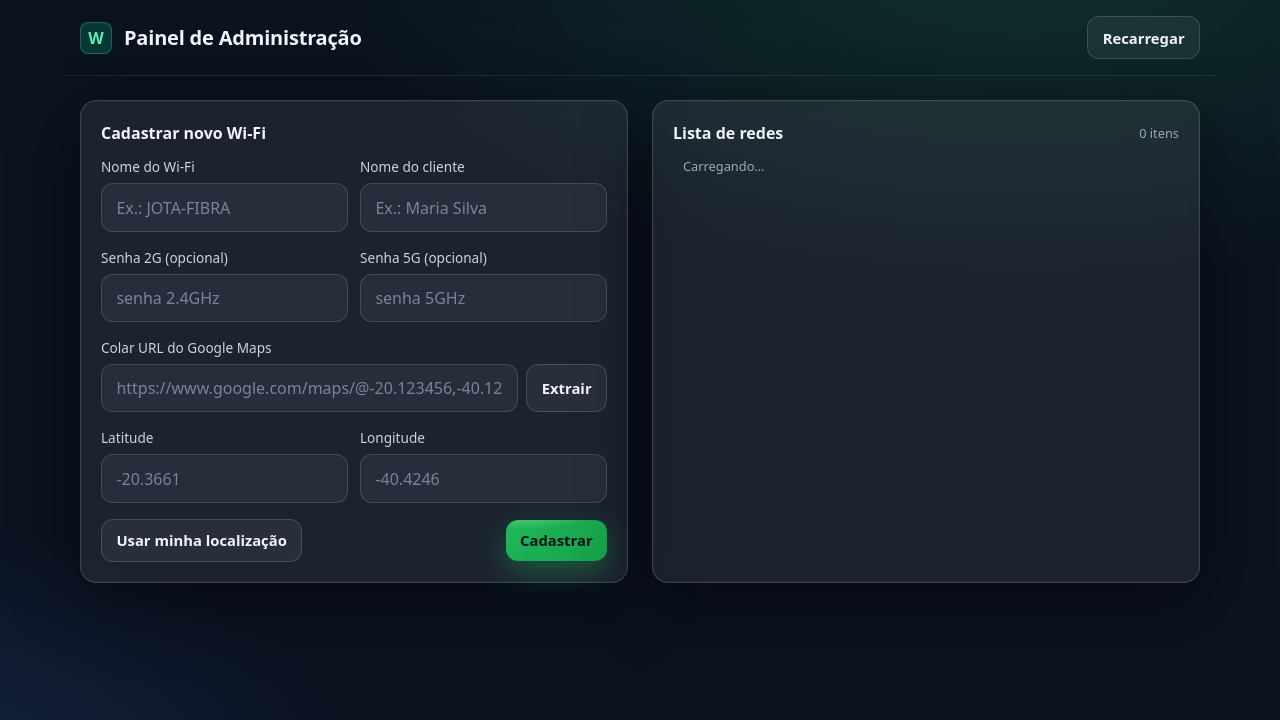
Repository: GRUPOMAX/redes.wifi
Page: /admin
The author's editor kept a copy of each file at every save. The page is drawn from the files as they stood at one save, then again after the next save.
The browser window is 1280 px wide. The pictures show the whole page.
The page's requests for data from a server got no answer. The project was rebuilt for these pictures with package versions that can differ from the ones it lists, and the page was loaded fresh each time. No one was signed in, and anything a server would have sent is missing. Also part of the build but not shown: vite.config.ts, src/components/MapView.tsx, src/components/FloatingCard.tsx, src/store/useGeo.ts, src/App.tsx, src/components/WifiList.tsx, src/components/MapModal.tsx.

Above is the page before, as saved 2025-10-21 22:11:47.

### index.html
<!doctype html>
<html lang="en">
  <head>
    <meta charset="UTF-8" />
    <link rel="icon" type="image/svg+xml" href="/vite.svg" />
    <meta name="viewport" content="width=device-width, initial-scale=1.0" />
    <title>wifi-map</title>
  </head>
  <body>
    <div id="root"></div>
    <script type="module" src="/src/main.tsx"></script>
  </body>
</html>

### src/main.tsx
import React from 'react';
import ReactDOM from 'react-dom/client';
import { createBrowserRouter, RouterProvider } from 'react-router-dom';
import { QueryClient, QueryClientProvider } from '@tanstack/react-query';
import App from './App';
import AdminPage from './pages/AdminPage';
import './index.css';

// Cria o cliente do React Query (cache e fetch automáticos)
const queryClient = new QueryClient();

// Define as rotas da aplicação
const router = createBrowserRouter([
  { path: '/', element: <App /> },
  { path: '/admin', element: <AdminPage /> },
]);

// Renderização principal
ReactDOM.createRoot(document.getElementById('root')!).render(
  <React.StrictMode>
    <QueryClientProvider client={queryClient}>
      <RouterProvider router={router} />
    </QueryClientProvider>
  </React.StrictMode>
);

### src/pages/AdminPage.tsx
import AdminPanel from "../components/AdminPanel";

export default function AdminPage() {
  return <AdminPanel />;
}

### src/hooks/useWifi.ts
// src/hooks/useWifi.ts
import { useMemo } from 'react';
import { useQuery, useMutation, useQueryClient } from '@tanstack/react-query';
import { listWifi, createWifi, updateWifi, deleteWifi } from '../lib/noco';
import { haversine } from '../utils/geo';
import type { WifiNetwork } from '../lib/wifi-types';

const KEY = ['wifi-list'];

/**
 * Hook principal de listagem com cache
 */
export function useWifiList() {
  return useQuery({
    queryKey: KEY,
    queryFn: listWifi,
    staleTime: 60_000, // 1 minuto
  });
}

/**
 * Hook que encontra o Wi-Fi mais próximo com base nas coordenadas do usuário
 */
export function useWifiNearest(coords: GeolocationCoordinates | null) {
  const q = useWifiList();

  const nearest = useMemo(() => {
    if (!coords || !q.data) return null;

    const here = { lat: coords.latitude, lng: coords.longitude };
    let best: { d: number; item: WifiNetwork } | null = null;

    for (const w of q.data) {
      const lat = parseFloat(String(w.LATITUDE));
      const lng = parseFloat(String(w.LONGITUDE));
      if (Number.isFinite(lat) && Number.isFinite(lng)) {
        const d = haversine(here, { lat, lng });
        if (!best || d < best.d) best = { d, item: w };
      }
    }
    return best;
  }, [coords, q.data]);

  return { ...q, nearest };
}

/**
 * Hook para criar um novo registro de Wi-Fi
 */
export function useCreateWifi() {
  const qc = useQueryClient();
  return useMutation({
    mutationFn: createWifi,
    onSuccess: () => {
      qc.invalidateQueries({ queryKey: KEY });
    },
  });
}

/**
 * Hook opcional para atualizar um registro existente
 */
export function useUpdateWifi() {
  const qc = useQueryClient();
  return useMutation({
    mutationFn: ({ id, patch }: { id: number | string; patch: Partial<WifiNetwork> }) =>
      updateWifi(id, patch),
    onSuccess: () => qc.invalidateQueries({ queryKey: KEY }),
  });
}

/**
 * Hook opcional para deletar um registro
 */
export function useDeleteWifi() {
  const qc = useQueryClient();
  return useMutation({
    mutationFn: (id: number | string) => deleteWifi(id),
    onSuccess: () => qc.invalidateQueries({ queryKey: KEY }),
  });
}

### src/lib/noco.ts
// src/lib/noco.ts
import { ensureArray, coerceWifi } from './wifi-types';
import type { WifiNetwork } from './wifi-types'; // ⬅️ type-only import

const BASE = import.meta.env.VITE_NOCODB_URL?.replace(/\/+$/, '') || '';
const TOKEN = import.meta.env.VITE_NOCODB_TOKEN || '';
// ID fixo da tabela (mantendo o seu atual)
const TABLE_ID = 'mk3n4tb1mr7y0y2';

// -------------------- Utils internos --------------------
async function parseJsonSafe(res: Response) {
  const text = await res.text();
  try {
    return text ? JSON.parse(text) : null;
  } catch {
    return text; // deixa o texto bruto pra mensagens de erro
  }
}

function defaultHeaders(extra?: Record<string, string>) {
  return {
    Accept: 'application/json',
    'Content-Type': 'application/json',
    'xc-token': TOKEN,
    ...(extra || {}),
  };
}

function assertBase() {
  if (!BASE) throw new Error('VITE_NOCODB_URL não configurado');
}

function raiseNoco(res: Response, data: any): never {
  const msg =
    data?.message ||
    data?.error?.message ||
    (typeof data === 'string' ? data : '') ||
    `HTTP ${res.status}`;

  const err: any = new Error(`NocoDB ${res.status}: ${msg}`);
  err.details = { status: res.status, url: res.url, body: data };
  throw err;
}

// -------------------- LIST --------------------
export async function listWifi(): Promise<WifiNetwork[]> {
  assertBase();

  const res = await fetch(
    `${BASE}/api/v2/tables/${TABLE_ID}/records?limit=1000`,
    { headers: defaultHeaders({ 'Content-Type': undefined as any }) } // GET não precisa content-type
  );

  const data = await parseJsonSafe(res);
  if (!res.ok) raiseNoco(res, data);

  const list = ensureArray<unknown>(data).map(coerceWifi).filter(Boolean) as WifiNetwork[];
  return list;
}

// -------------------- CREATE --------------------
export type CreateWifiInput = {
  ['NOME-WIFI']: string;
  ['NOME-CLIENTE']?: string | null;
  LATITUDE: number;
  LONGITUDE: number;
  ['SENHA-WIFI-2G']?: string | null;
  ['SENHA-WIFI-5G']?: string | null;
};

export async function createWifi(input: CreateWifiInput): Promise<WifiNetwork> {
  assertBase();

  const res = await fetch(`${BASE}/api/v2/tables/${TABLE_ID}/records`, {
    method: 'POST',
    headers: defaultHeaders(),
    body: JSON.stringify(input),
  });

  const data = await parseJsonSafe(res);
  if (!res.ok) raiseNoco(res, data);

  // NocoDB costuma retornar o registro criado como objeto
  const coerced = coerceWifi(data);
  if (!coerced) throw new Error('Resposta inesperada ao criar Wi-Fi');
  return coerced as WifiNetwork;
}

// -------------------- UPDATE (opcional) --------------------
export type UpdateWifiInput = Partial<Omit<CreateWifiInput, 'LATITUDE' | 'LONGITUDE'>> & {
  LATITUDE?: number;
  LONGITUDE?: number;
};

export async function updateWifi(id: number, data: Partial<WifiNetwork>) {
  // ⚠️ ajuste esta URL para o seu backend/NocoDB
  const res = await fetch(`/api/wifi/${id}`, {
    method: "PATCH",
    headers: { "content-type": "application/json" },
    body: JSON.stringify(data),
  });
  if (!res.ok) {
    const text = await res.text().catch(() => "");
    throw new Error(`Falha ao atualizar Wi-Fi #${id}: ${res.status} ${text}`);
  }
  return res.json();
}
// -------------------- DELETE (opcional) --------------------
export async function deleteWifi(id: number | string): Promise<void> {
  assertBase();

  const res = await fetch(`${BASE}/api/v2/tables/${TABLE_ID}/records/${id}`, {
    method: 'DELETE',
    headers: defaultHeaders({ 'Content-Type': undefined as any }),
  });

  const data = await parseJsonSafe(res);
  if (!res.ok) raiseNoco(res, data);
}

### src/components/AdminPanel.tsx
import { useMemo, useState } from "react";
import L from "leaflet";
import "leaflet/dist/leaflet.css";

import { useWifiList } from "../hooks/useWifi";
import WifiList from "./WifiList";
import WifiForm from "./WifiForm";
import MapModal from "./MapModal";
import type { WifiNetwork } from "../types";
import { createWifi } from "../lib/noco";

import iconUrl from "leaflet/dist/images/marker-icon.png";
import iconRetinaUrl from "leaflet/dist/images/marker-icon-2x.png";
import shadowUrl from "leaflet/dist/images/marker-shadow.png";
L.Icon.Default.mergeOptions({ iconUrl, iconRetinaUrl, shadowUrl });

export default function AdminPanel() {
  const { data, isLoading, isError, refetch } = useWifiList();
  const items = useMemo(() => data ?? [], [data]);

  const [mapOpen, setMapOpen] = useState(false);
  const [mapTitle, setMapTitle] = useState<string | undefined>(undefined);
  const [center, setCenter] = useState<{ lat: number; lng: number } | null>(null);

  async function handleAdd(data: Partial<WifiNetwork>) {
    await createWifi(data);
    await refetch();
  }

  function openMapFor(item: WifiNetwork) {
    const lat = Number(item.LATITUDE), lng = Number(item.LONGITUDE);
    if (!Number.isFinite(lat) || !Number.isFinite(lng)) return;
    setMapTitle(item["NOME-WIFI"]);
    setCenter({ lat, lng });
    setMapOpen(true);
  }

  return (
    <div className="bg-app min-h-dvh text-slate-100">
      {/* Topbar */}
      <header className="sticky top-0 z-20 backdrop-blur-md">
        <div className="mx-auto max-w-6xl px-4 py-4 flex items-center gap-3">
          <div className="size-8 rounded-lg bg-emerald-400/20 border border-emerald-300/25 flex items-center justify-center">
            <span className="text-emerald-300 font-black">W</span>
          </div>
          <h2 className="h2 text-xl">Painel de Administração</h2>
          <div className="flex-1" />
          <button onClick={() => refetch()} className="btn">Recarregar</button>
        </div>
        <div className="hr mx-auto max-w-6xl opacity-40" />
      </header>

      {/* Conteúdo */}
      <main className="mx-auto max-w-6xl px-4 py-6 space-y-6">
        <div className="grid md:grid-cols-2 gap-6">
          <section className="glass p-5">
            <h3 className="h3 mb-3">Cadastrar novo Wi-Fi</h3>
            <WifiForm onAdd={handleAdd} />
          </section>

          <section className="glass p-5 flex flex-col">
            <div className="flex items-center mb-3">
              <h3 className="h3">Lista de redes</h3>
              <div className="flex-1" />
              <span className="helper">{items.length} itens</span>
            </div>

            <div className="scrolly overflow-auto max-h-[520px]">
              {isLoading ? (
                <div className="helper">Carregando…</div>
              ) : isError ? (
                <div className="helper text-red-300">Erro ao carregar</div>
              ) : (
                <WifiList items={items} onViewOnMap={openMapFor} />
              )}
            </div>
          </section>
        </div>
      </main>

      <MapModal open={mapOpen} title={mapTitle} center={center} onClose={() => setMapOpen(false)} />
    </div>
  );
}

### src/utils/geo.ts
export type LatLng = { lat: number; lng: number };

const R = 6371e3; // raio em metros

export function haversine(a: LatLng, b: LatLng) {
  const toRad = (x: number) => (x * Math.PI) / 180;
  const φ1 = toRad(a.lat),
    φ2 = toRad(b.lat);
  const Δφ = toRad(b.lat - a.lat),
    Δλ = toRad(b.lng - a.lng);
  const s = Math.sin(Δφ / 2) ** 2 + Math.cos(φ1) * Math.cos(φ2) * Math.sin(Δλ / 2) ** 2;
  const d = 2 * R * Math.asin(Math.sqrt(s));
  return d; // metros
}

### src/lib/wifi-types.ts
// src/lib/wifi-types.ts
export type WifiNetwork = {
  Id: number;
  ['NOME-WIFI']: string;
  ['SENHA-WIFI-2G']: string | null;
  ['SENHA-WIFI-5G']: string | null;
  LATITUDE: string; // mantemos string porque vem assim do NocoDB
  LONGITUDE: string;
};

export function ensureArray<T = unknown>(v: unknown): T[] {
  if (Array.isArray(v)) return v as T[];
  if (v && typeof v === 'object') {
    const anyObj = v as Record<string, unknown>;
    if (Array.isArray(anyObj.list)) return anyObj.list as T[];
    if (Array.isArray(anyObj.records)) return anyObj.records as T[];
    if (Array.isArray(anyObj.data)) return anyObj.data as T[];
    return [v as T]; // objeto unitário -> array unitário
  }
  return [];
}

export function coerceWifi(a: unknown): WifiNetwork | null {
  if (!a || typeof a !== 'object') return null;
  const o = a as any;
  const lat = Number(String(o.LATITUDE ?? o.latitude ?? o.lat ?? ''));
  const lng = Number(String(o.LONGITUDE ?? o.longitude ?? o.lng ?? ''));
  if (!Number.isFinite(lat) || !Number.isFinite(lng)) return null;
  return {
    Id: Number(o.Id ?? o.id ?? Date.now()),
    ['NOME-WIFI']: String(o['NOME-WIFI'] ?? o.nome ?? o.name ?? ''),
    ['SENHA-WIFI-2G']: o['SENHA-WIFI-2G'] ?? null,
    ['SENHA-WIFI-5G']: o['SENHA-WIFI-5G'] ?? null,
    LATITUDE: String(lat),
    LONGITUDE: String(lng),
  };
}

### src/components/WifiForm.tsx
import { useEffect, useState } from "react";
import type { WifiNetwork } from "../types";
import GoogleMapsUrlImporter from "./GoogleMapsUrlImporter";

interface WifiFormProps {
  initial?: WifiNetwork | null; // ⬅️ item sendo editado (ou null para criação)
  onSave: (id: number | null, data: Partial<WifiNetwork>) => void | Promise<void>;
  onCancelEdit?: () => void;
}

export default function WifiForm({ initial = null, onSave, onCancelEdit }: WifiFormProps) {
  const [nome, setNome] = useState("");
  const [cliente, setCliente] = useState("");
  const [senha2g, setSenha2g] = useState("");
  const [senha5g, setSenha5g] = useState("");
  const [lat, setLat] = useState("");
  const [lng, setLng] = useState("");
  const [error, setError] = useState<string | null>(null);

  // popular ao entrar em modo edição
  useEffect(() => {
    if (initial) {
      setNome(initial["NOME-WIFI"] || "");
      setCliente(initial["NOME-CLIENTE"] || "");
      setSenha2g(initial["SENHA-WIFI-2G"] || "");
      setSenha5g(initial["SENHA-WIFI-5G"] || "");
      setLat(String(initial.LATITUDE ?? ""));
      setLng(String(initial.LONGITUDE ?? ""));
      setError(null);
    } else {
      // limpinho para criação
      setNome(""); setCliente(""); setSenha2g(""); setSenha5g(""); setLat(""); setLng("");
      setError(null);
    }
  }, [initial]);

  const nfix = (v: string) => Number(String(v).replace(",", "."));

  function validate(): string | null {
    if (!nome.trim()) return "Nome do Wi-Fi obrigatório";
    if (!cliente.trim()) return "Nome do cliente obrigatório";
    if (!lat.trim() || !lng.trim()) return "Coordenadas obrigatórias";
    if (!Number.isFinite(nfix(lat)) || !Number.isFinite(nfix(lng)))
      return "Latitude e longitude precisam ser números válidos";
    return null;
  }

  async function handleSubmit(e: React.FormEvent) {
    e.preventDefault();
    const err = validate();
    if (err) return setError(err);
    setError(null);

    await onSave(initial?.Id ?? null, {
      ["NOME-WIFI"]: nome.trim(),
      ["NOME-CLIENTE"]: cliente.trim(),
      ["SENHA-WIFI-2G"]: senha2g || null,
      ["SENHA-WIFI-5G"]: senha5g || null,
      LATITUDE: nfix(lat),
      LONGITUDE: nfix(lng),
    });
  }

  function getMyLocation() {
    if (!("geolocation" in navigator)) return setError("Geolocalização não suportada");
    navigator.geolocation.getCurrentPosition(
      (pos) => { setLat(String(pos.coords.latitude)); setLng(String(pos.coords.longitude)); setError(null); },
      () => setError("Não foi possível obter localização"),
      { enableHighAccuracy: true }
    );
  }

  const editing = !!initial;

  return (
    <form onSubmit={handleSubmit} className="space-y-4" id="wifi-form">
      <div className="grid md:grid-cols-2 gap-3">
        <div>
          <label className="label">Nome do Wi-Fi</label>
          <input className="input" value={nome} onChange={(e)=>{ setNome(e.target.value); setError(null); }}
                 placeholder="Ex.: JOTA-FIBRA" />
        </div>
        <div>
          <label className="label">Nome do cliente</label>
          <input className="input" value={cliente} onChange={(e)=>{ setCliente(e.target.value); setError(null); }}
                 placeholder="Ex.: Maria Silva" />
        </div>
      </div>

      <div className="grid md:grid-cols-2 gap-3">
        <div>
          <label className="label">Senha 2G (opcional)</label>
          <input className="input" value={senha2g} onChange={(e)=>setSenha2g(e.target.value)}
                 placeholder="senha 2.4GHz" />
        </div>
        <div>
          <label className="label">Senha 5G (opcional)</label>
          <input className="input" value={senha5g} onChange={(e)=>setSenha5g(e.target.value)}
                 placeholder="senha 5GHz" />
        </div>
      </div>

      <GoogleMapsUrlImporter
        onCoords={({ lat: L, lng: G }) => { setLat(String(L)); setLng(String(G)); setError(null); }}
      />

      <div className="grid grid-cols-2 gap-3">
        <div>
          <label className="label">Latitude</label>
          <input className="input" value={lat} onChange={(e)=>{ setLat(e.target.value); setError(null); }}
                 placeholder="-20.3661" />
        </div>
        <div>
          <label className="label">Longitude</label>
          <input className="input" value={lng} onChange={(e)=>{ setLng(e.target.value); setError(null); }}
                 placeholder="-40.4246" />
        </div>
      </div>

      <div className="flex items-center gap-2">
        <button type="button" onClick={getMyLocation} className="btn">Usar minha localização</button>
        <div className="flex-1" />
        {editing && onCancelEdit && (
          <button type="button" onClick={onCancelEdit} className="btn">Cancelar</button>
        )}
        <button type="submit" className="btn btn-accent">
          {editing ? "Atualizar" : "Cadastrar"}
        </button>
      </div>

      {error && <div className="helper text-red-300">{error}</div>}
    </form>
  );
}

### src/components/GoogleMapsUrlImporter.tsx
import { useState } from "react";

export type Coords = { lat: number; lng: number };

export default function GoogleMapsUrlImporter({ onCoords }: { onCoords: (c: Coords) => void }) {
  const [url, setUrl] = useState("");
  const [msg, setMsg] = useState<string | null>(null);
  const [ok, setOk] = useState<boolean | null>(null);

  function parseGoogleMapsUrl(u: string): Coords | null {
    if (!u) return null;
    try {
      const decoded = decodeURIComponent(u.trim());
      let m = decoded.match(/@(-?\d+\.\d+),(-?\d+\.\d+)/);
      if (m) return { lat: Number(m[1]), lng: Number(m[2]) };
      m = decoded.match(/!3d(-?\d+\.\d+)!4d(-?\d+\.\d+)/);
      if (m) return { lat: Number(m[1]), lng: Number(m[2]) };
      m = decoded.match(/[?&]q=(-?\d+\.\d+),(-?\d+\.\d+)/);
      if (m) return { lat: Number(m[1]), lng: Number(m[2]) };
      m = decoded.match(/[?&]ll=(-?\d+\.\d+),(-?\d+\.\d+)/);
      if (m) return { lat: Number(m[1]), lng: Number(m[2]) };
      m = decoded.match(/(-?\d+\.\d+)[^\d\-]+(-?\d+\.\d+)/);
      if (m) {
        const lat = Number(m[1]), lng = Number(m[2]);
        if (Math.abs(lat) <= 90 && Math.abs(lng) <= 180) return { lat, lng };
      }
    } catch {}
    return null;
  }

  function handleExtract() {
    setMsg(null); setOk(null);
    const coords = parseGoogleMapsUrl(url);
    if (!coords) {
      setOk(false);
      setMsg("Cole a URL completa do Google Maps (ex.: .../@-20.123456,-40.123456,17z).");
      return;
    }
    onCoords(coords);
    setOk(true);
    setMsg(`OK: ${coords.lat.toFixed(6)}, ${coords.lng.toFixed(6)}`);
    setUrl("");
  }

  return (
    <div className="space-y-2">
      <label className="label">Colar URL do Google Maps</label>
      <div className="flex gap-2">
        <input
          value={url}
          onChange={(e) => setUrl(e.target.value)}
          placeholder="https://www.google.com/maps/@-20.123456,-40.123456,17z"
          className="input"
        />
        <button type="button" onClick={handleExtract} className="btn btn-ghost">
          Extrair
        </button>
      </div>
      {msg && (
        <div className={`helper ${ok ? "text-emerald-300" : "text-red-300"}`}>
          {msg}
        </div>
      )}
    </div>
  );
}

Loaded but not shown: src/index.css (238 lines, source omitted)

After the next save:
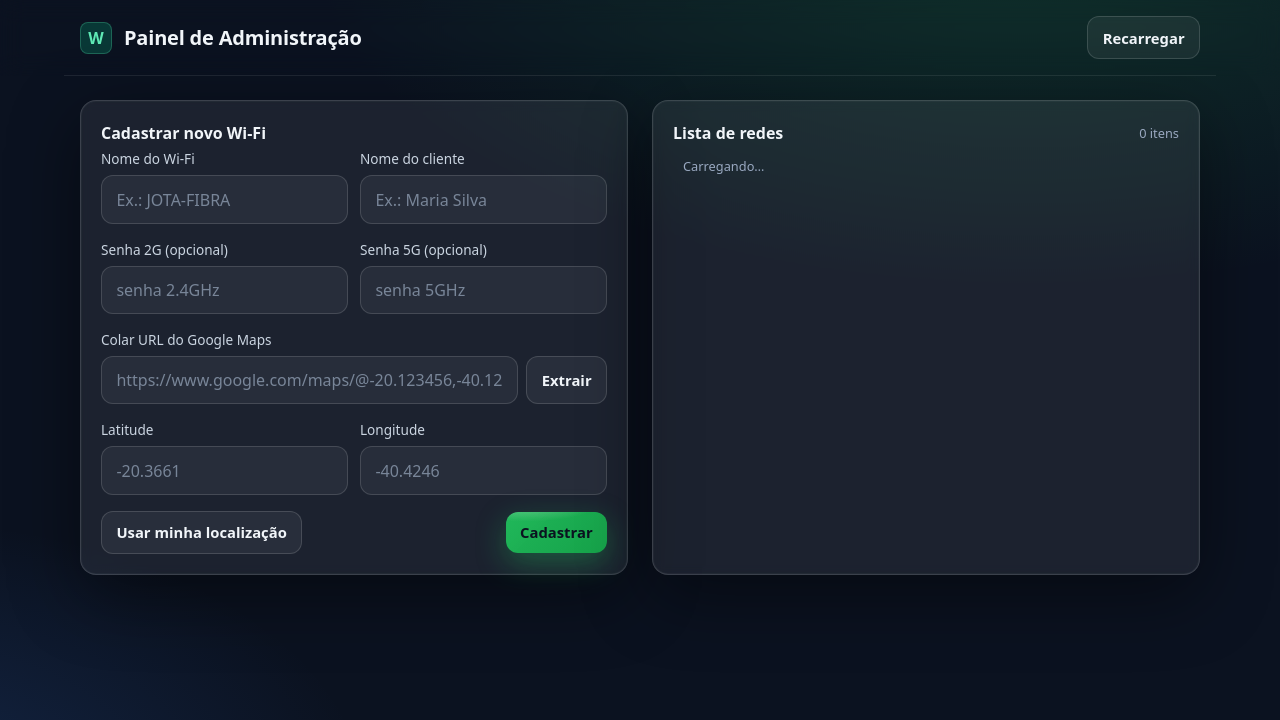
Saved 7 s later.
--- a/src/components/AdminPanel.tsx
+++ b/src/components/AdminPanel.tsx
@@ -8,6 +8,7 @@ import WifiForm from "./WifiForm";
 import MapModal from "./MapModal";
 import type { WifiNetwork } from "../types";
 import { createWifi } from "../lib/noco";
+import { updateWifi } from "../lib/noco"; // ⬅️ novo
 
 import iconUrl from "leaflet/dist/images/marker-icon.png";
 import iconRetinaUrl from "leaflet/dist/images/marker-icon-2x.png";
@@ -22,9 +23,16 @@ export default function AdminPanel() {
   const [mapTitle, setMapTitle] = useState<string | undefined>(undefined);
   const [center, setCenter] = useState<{ lat: number; lng: number } | null>(null);
 
-  async function handleAdd(data: Partial<WifiNetwork>) {
-    await createWifi(data);
+  const [editing, setEditing] = useState<WifiNetwork | null>(null);
+
+  async function handleSave(id: number | null, payload: Partial<WifiNetwork>) {
+    if (id) {
+      await updateWifi(id, payload);
+    } else {
+      await createWifi(payload);
+    }
     await refetch();
+    setEditing(null);
   }
 
   function openMapFor(item: WifiNetwork) {
@@ -33,6 +41,14 @@ export default function AdminPanel() {
     setMapTitle(item["NOME-WIFI"]);
     setCenter({ lat, lng });
     setMapOpen(true);
+  }
+
+  function startEdit(item: WifiNetwork) {
+    setEditing(item);
+    // rolar até o formulário pra focar edição
+    requestAnimationFrame(() => {
+      document.getElementById("wifi-form")?.scrollIntoView({ behavior: "smooth", block: "start" });
+    });
   }
 
   return (
@@ -54,8 +70,17 @@ export default function AdminPanel() {
       <main className="mx-auto max-w-6xl px-4 py-6 space-y-6">
         <div className="grid md:grid-cols-2 gap-6">
           <section className="glass p-5">
-            <h3 className="h3 mb-3">Cadastrar novo Wi-Fi</h3>
-            <WifiForm onAdd={handleAdd} />
+            <h3 className="h3 mb-1">
+              {editing ? `Editar: ${editing["NOME-WIFI"]}` : "Cadastrar novo Wi-Fi"}
+            </h3>
+            {editing && (
+              <p className="helper mb-3">Atualize dados do cliente, senhas e localização.</p>
+            )}
+            <WifiForm
+              initial={editing}
+              onSave={handleSave}
+              onCancelEdit={() => setEditing(null)}
+            />
           </section>
 
           <section className="glass p-5 flex flex-col">
@@ -71,7 +96,7 @@ export default function AdminPanel() {
               ) : isError ? (
                 <div className="helper text-red-300">Erro ao carregar</div>
               ) : (
-                <WifiList items={items} onViewOnMap={openMapFor} />
+                <WifiList items={items} onViewOnMap={openMapFor} onEdit={startEdit} />
               )}
             </div>
           </section>
